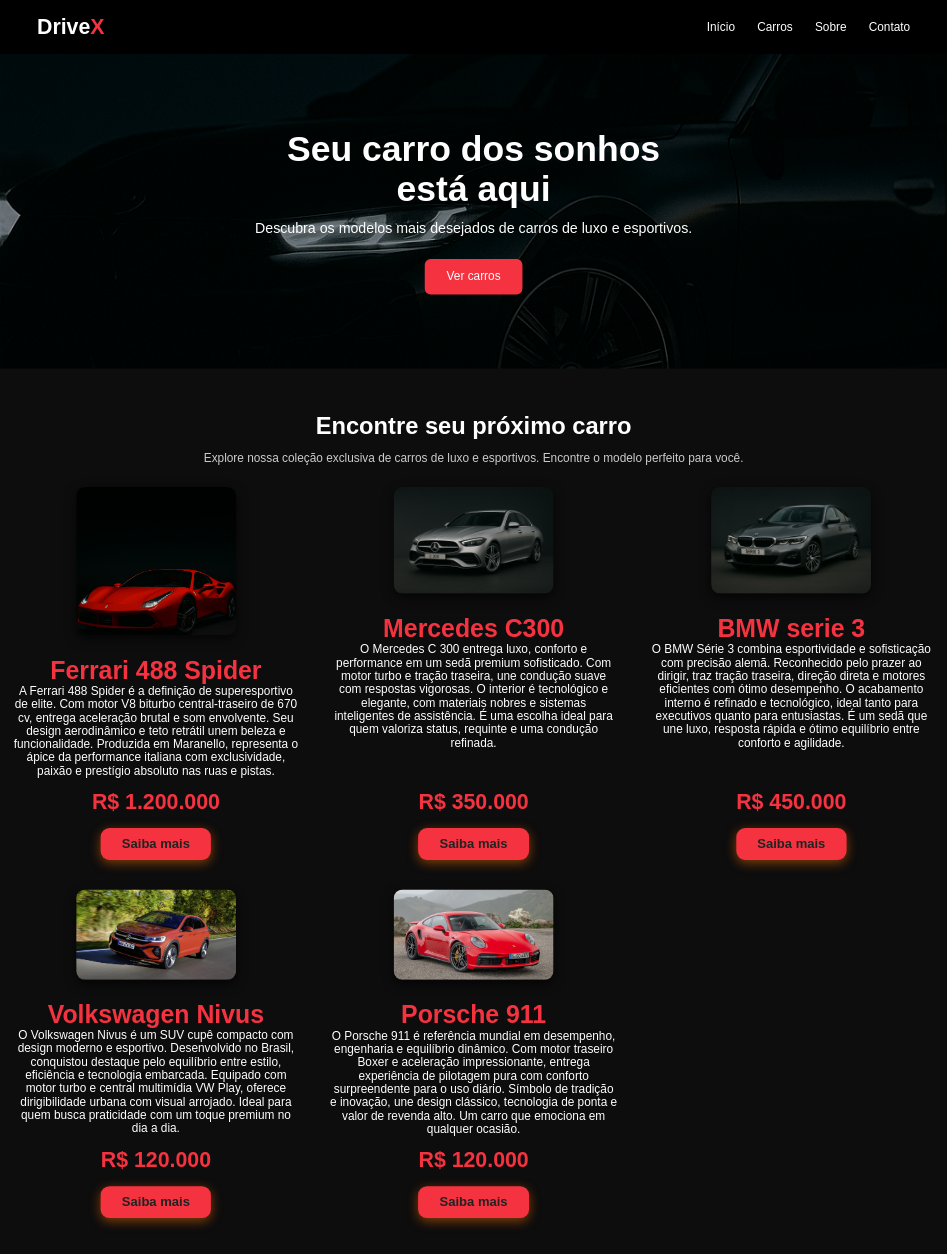
Repository: Mateushlp/DriveX
Page: index.html
These files come from the project's save history. The page is drawn as it stood at one moment and after the next save; the edit follows.
The browser window is 1280 px wide. The pictures show the whole page, at 74% of full size.

Above is the page before, as saved 2025-06-23 22:43:08.

After the next save:
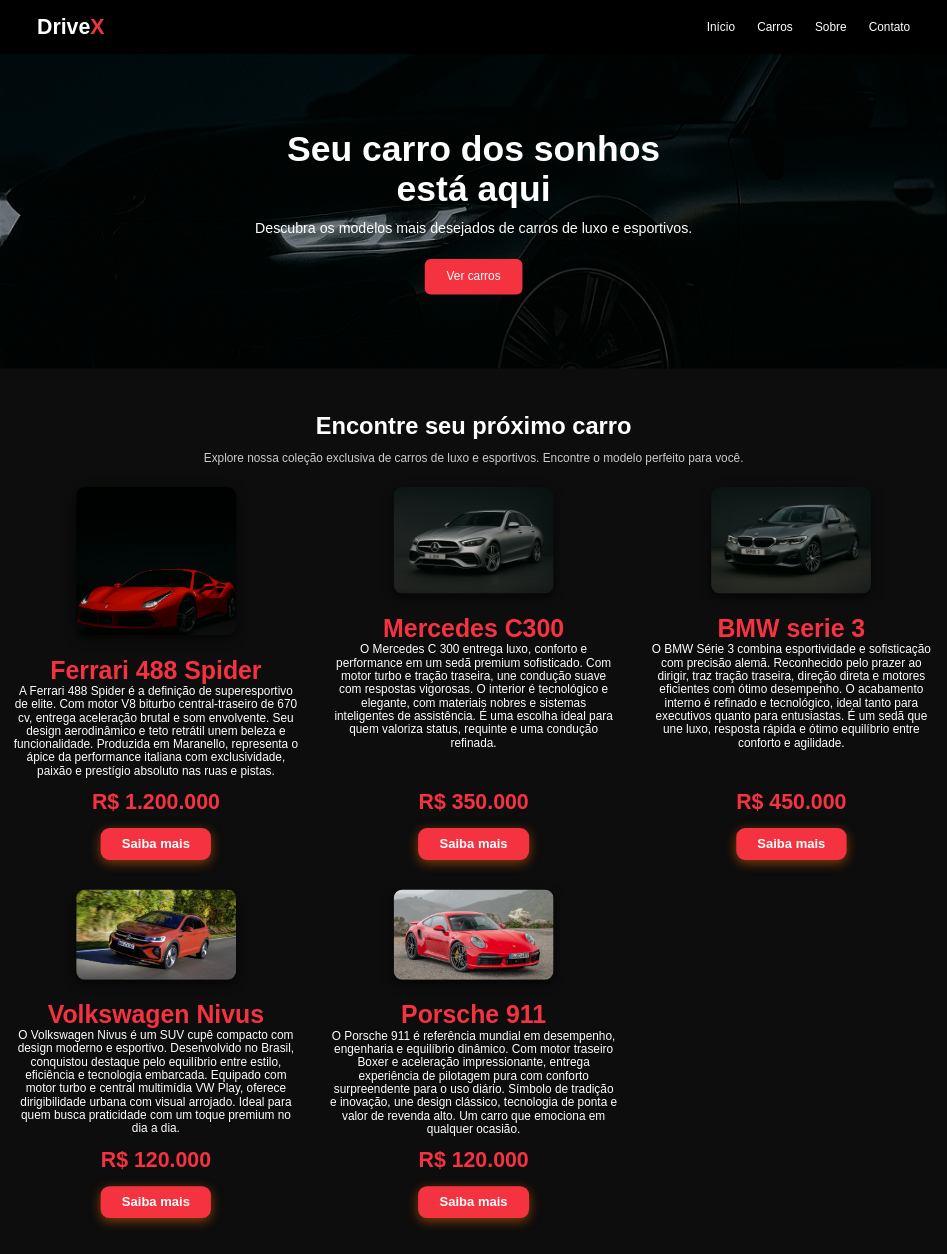
Saved 20 s later.
--- a/style.css
+++ b/style.css
@@ -136,7 +136,7 @@
 /* Botão Saiba Mais */
 .btn-detalhes {
   background-color: #f53340;
-  color: #222;
+  color: #fff;
   border: none;
   padding: 0.7rem 1.8rem;
   border-radius: 12px;
